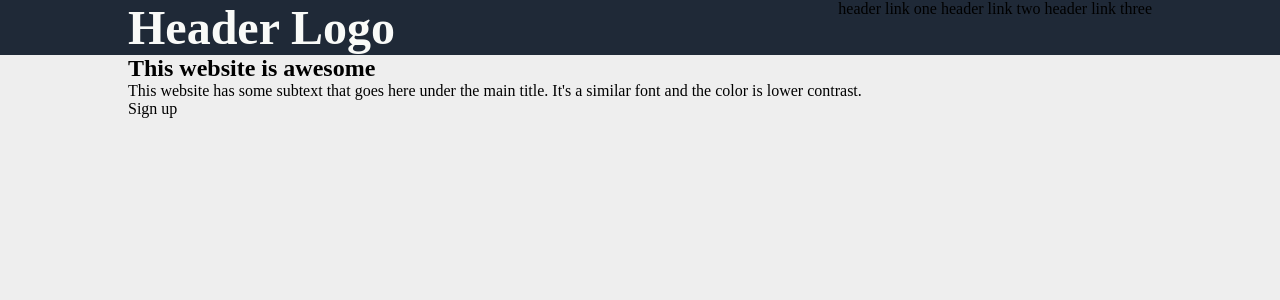
Repository: Pafestivo/Dummy-Landing-Page
Page: index.html
An editor plug-in stored every save of this project. The page is shown before and after the next save, followed by the edit.
The browser window is 1280 px wide. The pictures show the whole page.

Above is the page before, as saved 2022-09-26 17:42:45.

After the next save:
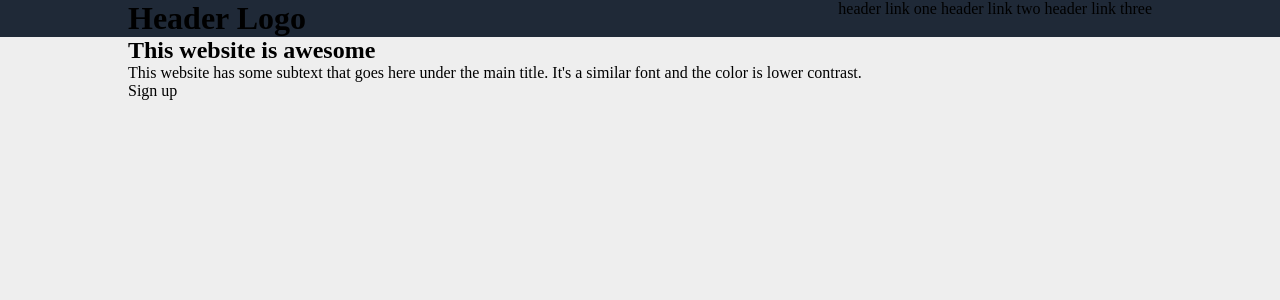
Saved 24 s later.
--- a/styles.css
+++ b/styles.css
@@ -24,12 +24,6 @@ header {
   background-color: #1F2937;
 }
 
-header h1 {
-  font-size: 48px;
-  font-weight: extra-bold;
-  color: #F9FAF8;
-}
-
 header .container {
   display: flex;
   justify-content: space-between;
